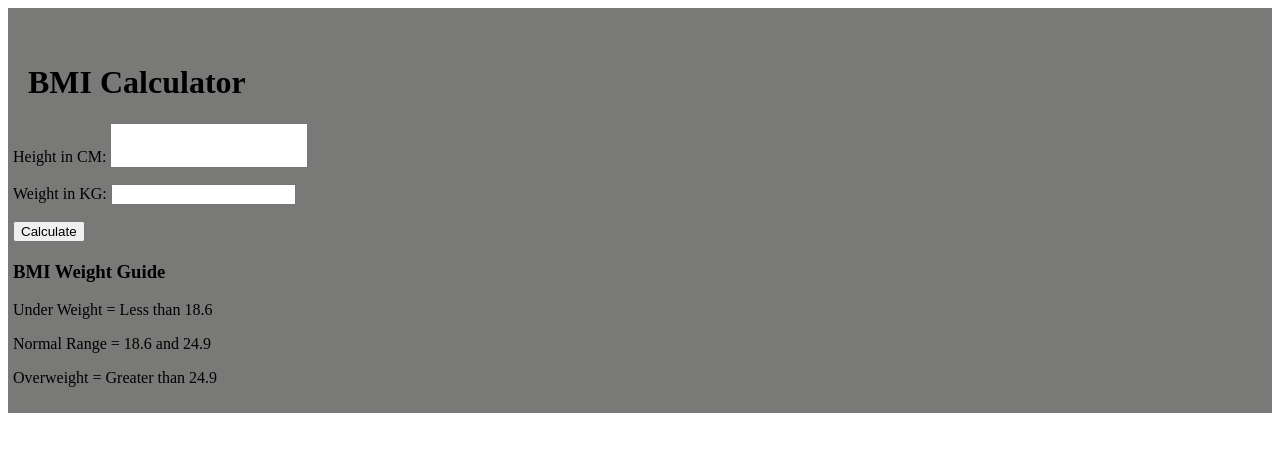
Repository: VishwaGoswami1407/JavaScript-Practice
Page: 07_projects/project2.html
These files come from the project's save history. The page is drawn as it stood at one moment and after the next save; the edit follows.
The browser window is 1280 px wide. The pictures show the whole page.

Above is the page before, as saved 2024-07-07 18:49:33.

### 07_projects/project2.html
<!DOCTYPE html>
<html lang="en">
  <head>
    <meta charset="UTF-8" />
    <meta name="viewport" content="width=device-width, initial-scale=1.0" />
    <meta http-equiv="X-UA-Compatible" content="ie=edge" />
    <link rel="stylesheet" href="style2.css" />

    <title>BMI Calculator</title>
  </head>
  <body>
    <div class="container">
      <h1>BMI Calculator</h1>
      <form>
        <p><label>Height in CM: </label><input type="text" id="height" /></p>
        <p><label>Weight in KG: </label><input type="text" id="weight" /></p>
        <button>Calculate</button>
        <div id="results"></div>
        <div id="weight-guide">
          <h3>BMI Weight Guide</h3>
          <p>Under Weight = Less than 18.6</p>
          <p>Normal Range = 18.6 and 24.9</p>
          <p>Overweight = Greater than 24.9</p>
        </div>
      </form>
    </div>
  </body>
  <script src="project2.js"></script>
</html>

### 07_projects/style2.css
.container {


    background-color: #797978;
    padding: 10px 5px 10px;
  }
  #height,
  /* #weight {
    width: 150px;
    height: 25px;
    margin-top: 30px;
  }

  #weight-guide {
    margin-left: 75px;
    margin-top: 25px;
  }
   */
  /* #results {
    font-size: 35px;
    margin-left: 90px;
    margin-top: 20px;
    color: rgb(241, 241, 241);
  } */
/*
  button {
    width: 150px;
    height: 35px;
    margin-left: 90px;
    margin-top: 25px;
    background-color: #fff;
    padding: 1px 30px;
    border-radius: 8px;
    color: #212121;
    text-decoration: none;
    border: 2px solid #212121;

    font-size: 25px;
  }
   */
  h1 {
    padding-left: 15px;
    padding-top: 25px;

  }

### 07_projects/project2.js
const form = document.querySelector('form')

//this usecase will give empty values in form elements
// const height = parseInt(document.querySelector('#height').value)
form.addEventListener('submit', function(e){
    e.preventDefault()
  const height = parseInt(document.querySelector('#height').value)
  const weight = parseInt(document.querySelector('#weight').value)
  const results = document.querySelector('#results')

  if(height === '' || height < 0 || isNaN(height)){
    results.innerHTML = `please give a valid height ${height}`
  }else if(weight === '' || weight < 0 || isNaN(weight)){
    results.innerHTML = `please give a valid weight ${weight}`
  }else {
    const bmi = (weight / ((height*height)/1000)).toFixed(2)
    //show the result
    results.innerHTML = `<span>${bmi}</span>`
  }



});

After the next save:
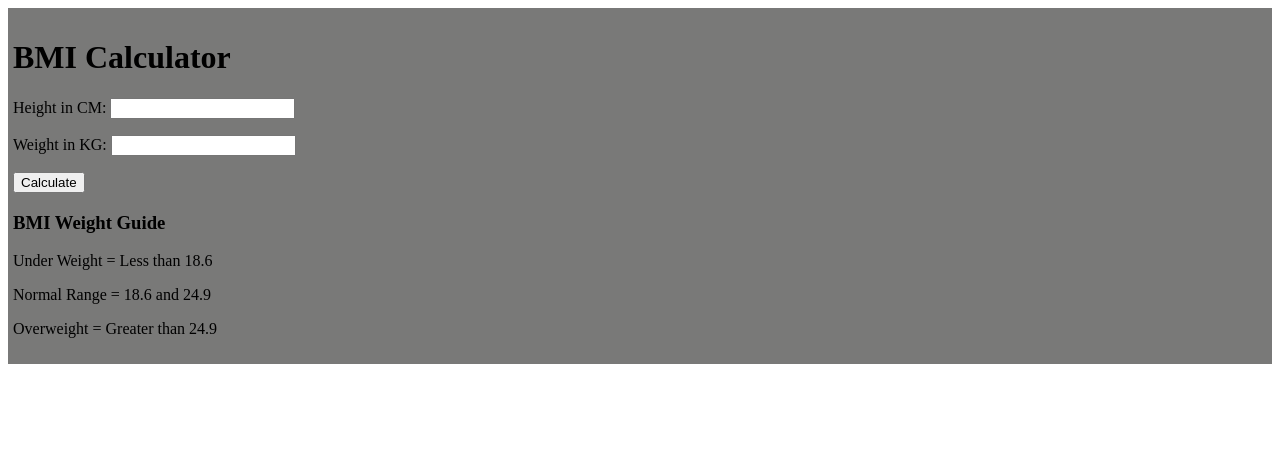
Saved 6 s later.
--- a/07_projects/style2.css
+++ b/07_projects/style2.css
@@ -38,8 +38,8 @@
     font-size: 25px;
   }
    */
-  h1 {
+  /* h1 {
     padding-left: 15px;
     padding-top: 25px;
 
-  }
+  } */
